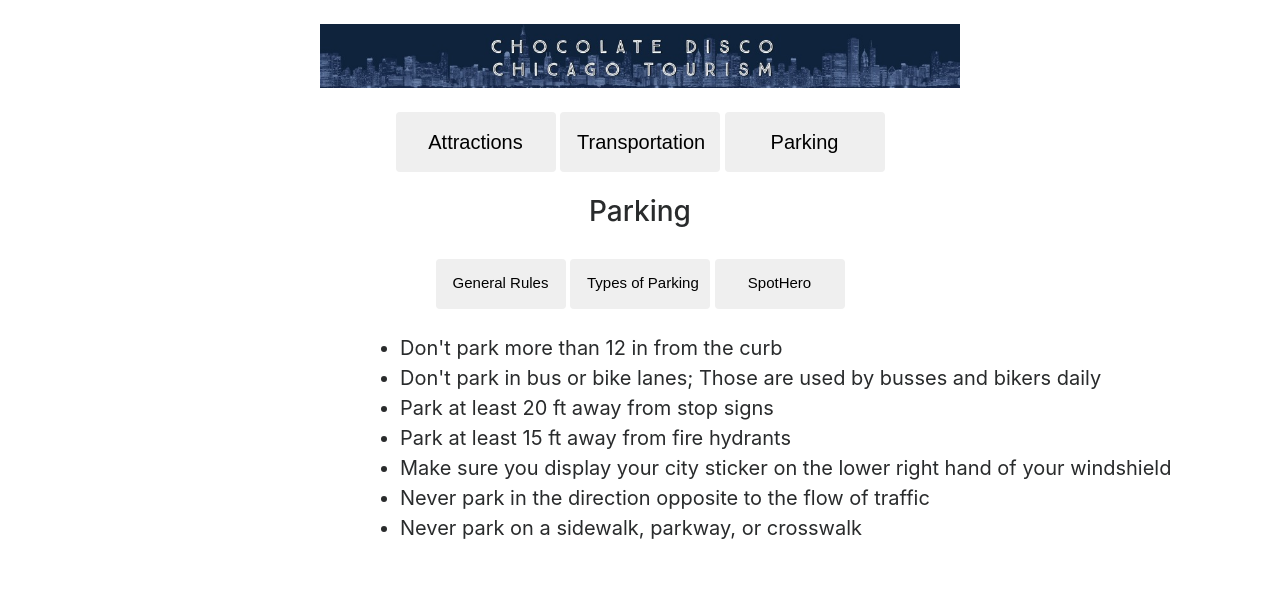
Repository: rkodit2/cs422project
Page: parking.html
The author's editor kept a copy of each file at every save. The page is drawn from the files as they stood at one save, then again after a run of saves.
The browser window is 1280 px wide. The pictures show the whole page.

Above is the page before, as saved 2021-11-03 20:03:35.

After the next 2 saves:
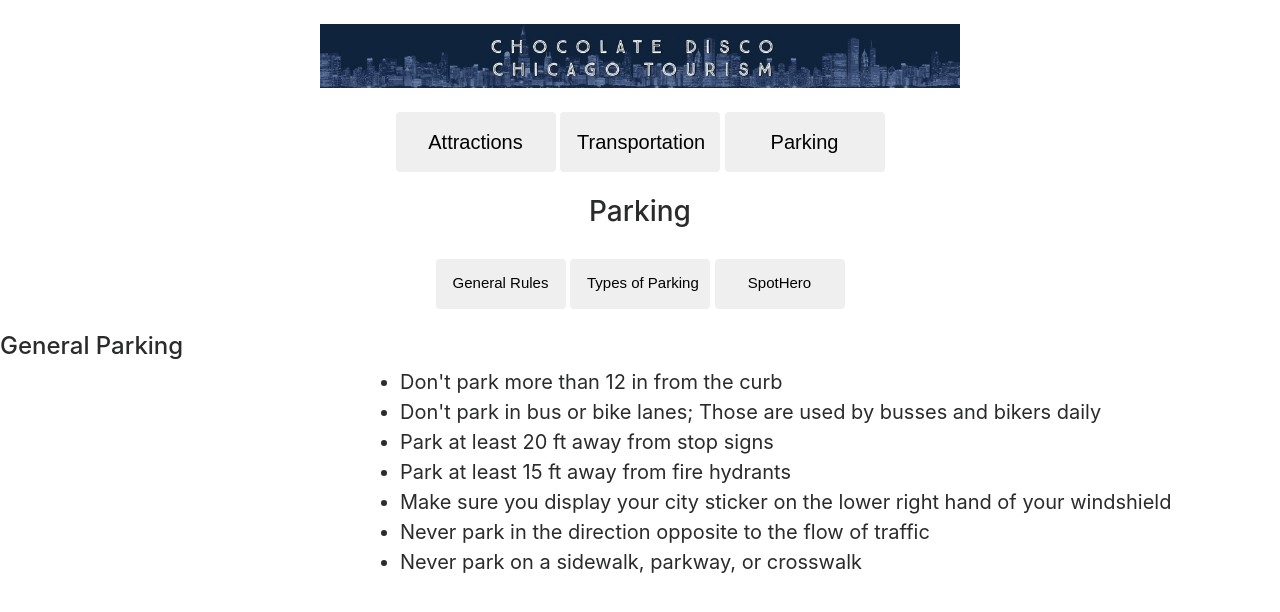
The 2 saves are shown as one change because they came seconds apart.
The last was saved 43 s later.
--- a/parking.html
+++ b/parking.html
@@ -31,6 +31,7 @@
             </div>
 
             <br>
+            <h4>General Parking</h4>
             <ul style="padding-left: 400px;">
                 <li>Don't park more than 12 in from the curb</li>
 
